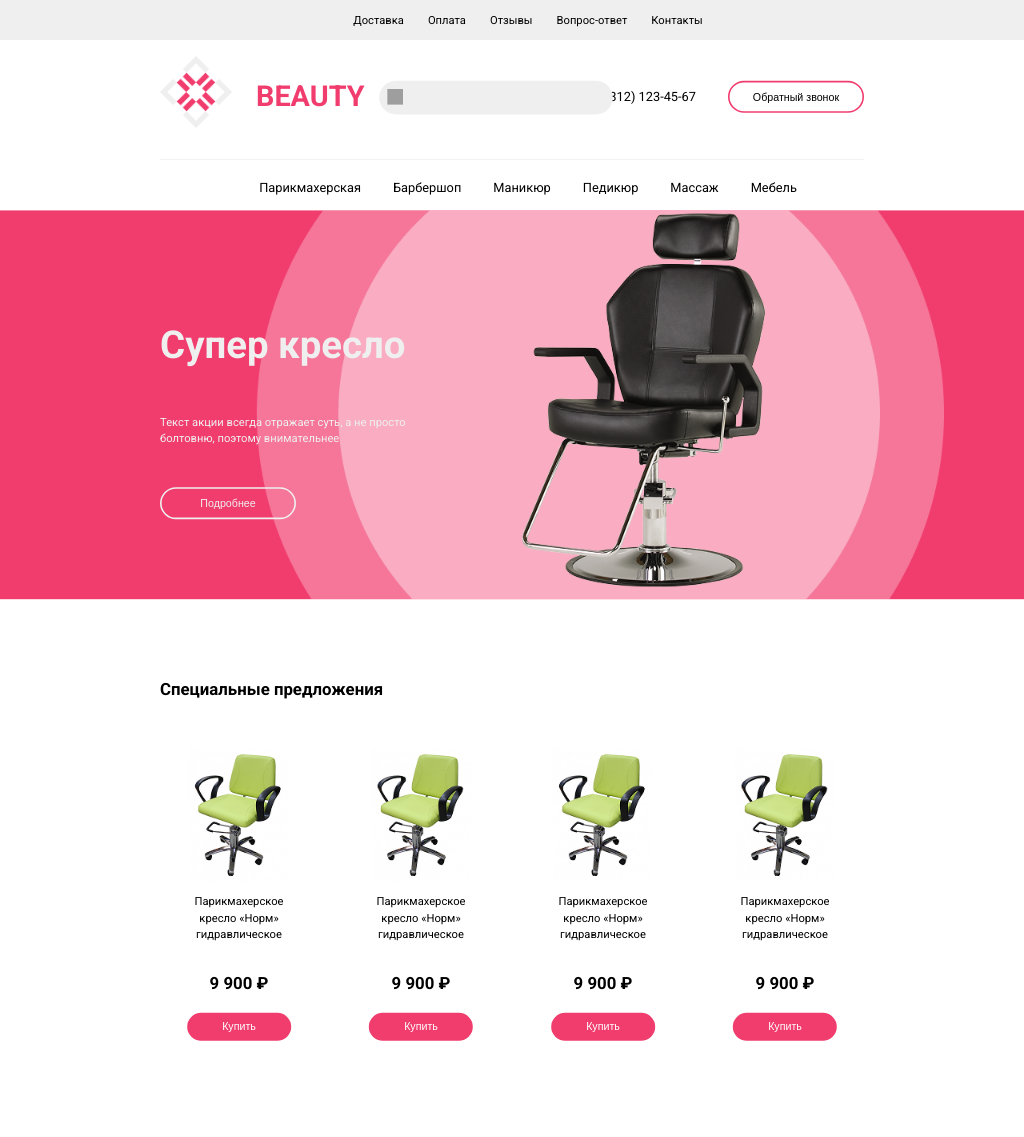
Repository: savannaaaas/verstka
Page: index.html
These files come from the project's save history. The page is drawn as it stood at one moment and after the next save; the edit follows.
The browser window is 1280 px wide. The pictures show the whole page, at 80% of full size.
Pictures or frames that could not be fetched are drawn as grey boxes. Some web fonts or font styles are not loaded; a fallback is used.

Above is the page before, as saved 2025-04-16 11:20:14.

### index.html
<!DOCTYPE html>
<html lang="en">
<head>
    <meta charset="UTF-8">
    <meta name="viewport" content="width=device-width, initial-scale=1.0">
    <title>Figma</title>
    <link rel="preconnect" href="https://fonts.googleapis.com">
    <link rel="preconnect" href="https://fonts.gstatic.com" crossorigin>
    <link href="https://fonts.googleapis.com/css2?family=Istok+Web:ital,wght@0,400;0,700;1,400;1,700&family=Italiana&family=Jura:wght@300..700&family=Roboto:ital,wght@0,100..900;1,100..900&display=swap" rel="stylesheet">
    <link rel="stylesheet" href="style.css">
</head>
<body>
    <div class="content">
        <div class="top-line">
            <ul>
                <li>Доставка</li>
                <li>Оплата</li>
                <li>Отзывы</li>
                <li>Вопрос-ответ</li>
                <li>Контакты</li>
            </ul>
        </div>
        <div class="second-line">
            <div class="second-line-content">
                <div class="logo">
                    <img alt="logo" src="logo.png">
                    <h1>BEAUTY</h1>
                </div>
            <div class="search">
                <input class="search">
                <img alt="search" src="search.png">
            </div>
            <div class="contact">
                <p>8 (812) 123-45-67</p>
                <button>Обратный звонок</button>
            </div>
        </div>
            <hr class="line">
            <div class="service">
                <ul>
                    <li>Парикмахерская</li>
                    <li>Барбершоп</li>
                    <li>Маникюр</li>
                    <li>Педикюр</li>
                    <li>Массаж</li>
                    <li>Мебель</li>
                </ul>
            </div>
        </div>
        <div class="sale">
            <div class="text-armchair">
                <h1>Супер кресло</h1>
                <p>Текст акции всегда отражает суть, а не просто болтовню, поэтому внимательнее</p>
                <button>Подробнее</button>
            </div>
            <img class="elipse1" alt="elipse" src="elipse1.png">
            <img class="elipse2" alt="elipse" src="ellipse2.png">
            <img class="chair" alt="chair" src="armchairs.png">
        </div>
        <div class="goods">
            <h2>Специальные предложения</h2>
            <div class="armChairsGreen">
                <div class="armchair1">
                    <img alt="armchair" src="greenArmchair.png">
                    <p class="text-greenArmchair">Парикмахерское кресло «Норм» гидравлическое</p>
                    <h3>9 900 ₽</h3>
                    <button>Купить</button>
                </div>
                <div class="armchair2">
                    <img alt="armchair" src="greenArmchair.png">
                    <p class="text-greenArmchair">Парикмахерское кресло «Норм» гидравлическое</p>
                    <h3>9 900 ₽</h3>
                    <button>Купить</button>
                </div>
                <div class="armchair3">
                    <img alt="armchair" src="greenArmchair.png">
                    <p class="text-greenArmchair">Парикмахерское кресло «Норм» гидравлическое</p>
                    <h3>9 900 ₽</h3>
                    <button>Купить</button>
                </div>
                <div class="armchair4">
                    <img alt="armchair" src="greenArmchair.png">
                    <p class="text-greenArmchair">Парикмахерское кресло «Норм» гидравлическое</p>
                    <h3>9 900 ₽</h3>
                    <button>Купить</button>
                </div>
            </div>

        </div>

    </div>
</body>
</html>

### style.css
body {
    min-height: 100vh;
    max-width: 1920px;
    margin: 0 auto;
    scroll-behavior: smooth;
    text-rendering: optimizeSpeed;
    line-height: 1.5;
    padding: 0;
    font-family: "Roboto", sans-serif;
    font-weight: 400;
    font-style: normal;
    font-size: 14px;

  }
  .top-line{
    display: flex;
    background-color: #EFEFEF;
    height: 50px;
    align-items: center;
    justify-content: center;

  }
   .top-line ul{
    display: flex;
    list-style: none;
    flex-wrap: nowrap;
    gap: 30px;
   }
   .second-line{
    display: flex;
    margin: 0 auto;
    align-items: center;
    flex-direction: column;
    padding: 0px 200px;

   }
   .second-line-content{
    width: 100%;
    height: 100%;
    display: flex;
    margin: 0 auto;
    align-items: center;
  justify-content: space-between;
  padding: 20px 0;
   }

.logo{
    display: flex;
    flex-wrap: nowrap;
    gap: 30px;
   }
.logo img{
    width: 90px;
    height: 90px;
}
 .logo h1{
    font-size: 36px;
    color: #F13C6E;
   }

   .search {
    position: relative;
    width: 250px;
    height: 40px;
  }

  .search input {
    border-radius: 40px;
    width: 100%;
    height: 100%;
    border: none;
    background-color: #EFEFEF;
    padding-left: 40px;
  }

  .search img {
    position: absolute;
    left: 10px;
    top: 50%;
    transform: translateY(-50%);
    width: 20px;
    height: 20px;
    pointer-events: none;
  }
  .contact{
    display: flex;
    gap: 40px;
    align-items: center;

  }
  .contact p{
    font-size: 16px;
  }
  .contact button{
    width: 170px;
    height: 40px;
    border: 2px solid #F13C6E;
    border-radius: 40px;
    background: transparent;
  }
hr{
    width: 100%;
    border: none;
    border-top: 1px solid #EFEFEF;
}
.service ul{
    display: flex;
    list-style: none;
    flex-wrap: nowrap;
    gap: 40px;
    font-size: 16px;
   }
   .sale{
    display: flex;
    position: relative;
    background-color: #F13C6E;
    justify-content: space-between;
    align-items: center;
    padding: 100px 200px;
    /**/
    overflow: hidden;
   }

   .elipse1 {
    position: absolute;
    right: 100px;
    top: 50%;
    transform: translateY(-50%);
    z-index: 0;
  }

  .elipse2 {
    position: absolute;
    right: 180px;
    top: 50%;
    transform: translateY(-50%);
    z-index: 1;
  }

  .chair {
    position: absolute;
    right: 180px;
    top: 50%;
    transform: translateY(-50%);
    z-index: 2;
  }

  .text-armchair {
    z-index: 3;
    max-width: 350px;
    color: #EFEFEF;
  }

   .text-armchair h1{
    font-size: 48px;
    color: #EFEFEF;
   }
   .text-armchair p{
    font-size: 14px;
    color: #EFEFEF;
    margin: 50px 0;
   }
   .text-armchair button{
    width: 170px;
    height: 40px;
   background: transparent;
   border-radius: 40px;
   border: 2px solid #EFEFEF;
   color: #EFEFEF;
   }
   .goods{
    padding: 80px 200px;
   }
   .armChairsGreen{
   display: flex;
   justify-content: center;
   align-items: center;
   flex-direction: row;
   gap: 30px;
   padding: 40px 0px;
   }
   .armchair1, .armchair2, .armchair3, .armchair4{
    display: flex;
    justify-content: center;
    align-items: center;
    flex-direction: column;
    text-align: center;
    padding: 0px 30px;
   }
   .armchair1 button, .armchair2 button, .armchair3 button, .armchair4 button{
   width: 130px;
   height: 35px;
   border: none;
   background-color: #F13C6E;
   color: #FFFFFF;
   border-radius: 30px;
   }
   .armchair1 h3, .armchair2 h3, .armchair3 h3, .armchair4 h3{
   font-size: 21px;
    }

After the next save:
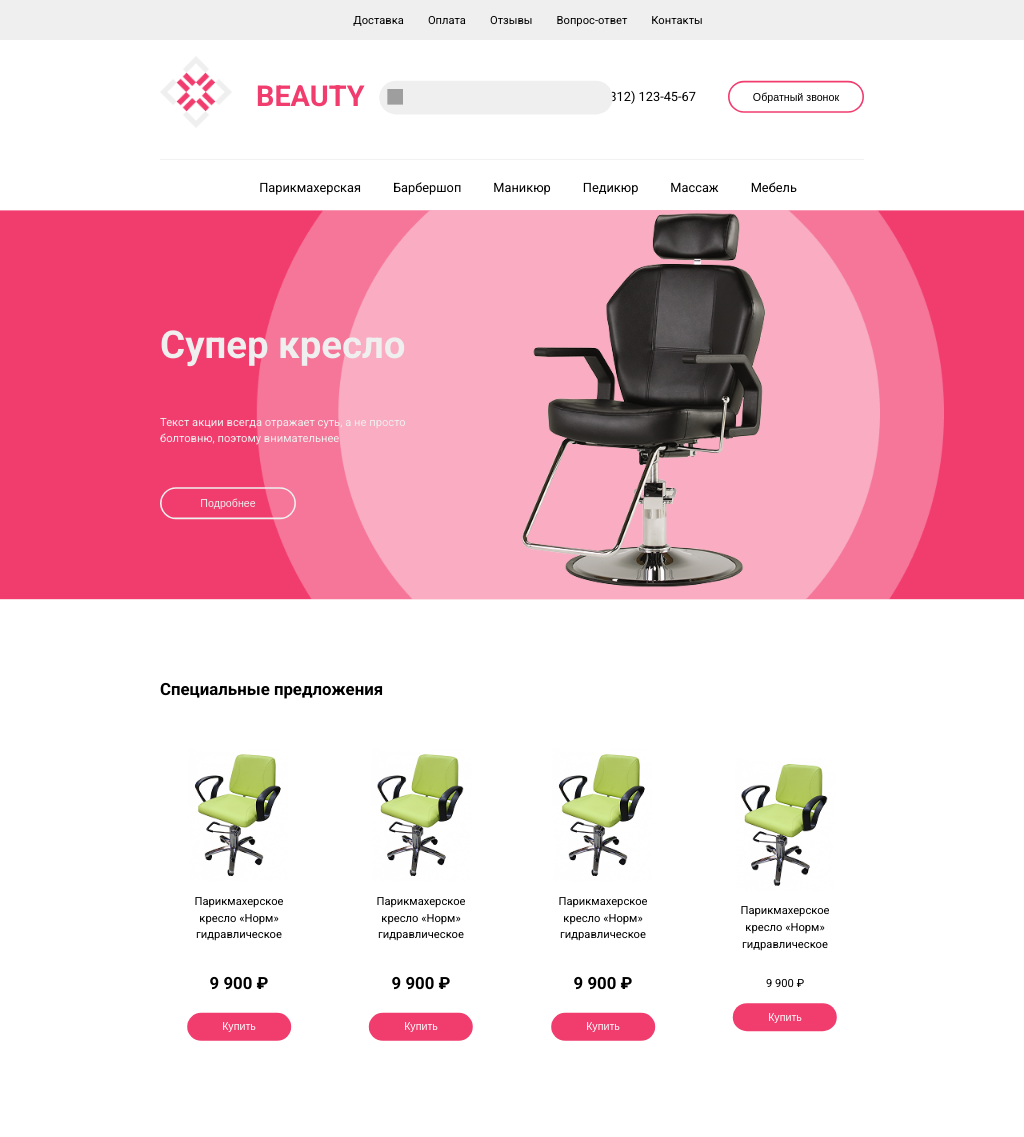
Saved 78 s later.
--- a/index.html
+++ b/index.html
@@ -81,7 +81,7 @@
                 <div class="armchair4">
                     <img alt="armchair" src="greenArmchair.png">
                     <p class="text-greenArmchair">Парикмахерское кресло «Норм» гидравлическое</p>
-                    <h3>9 900 ₽</h3>
+                    <p class="price">9 900 ₽</p>
                     <button>Купить</button>
                 </div>
             </div>
